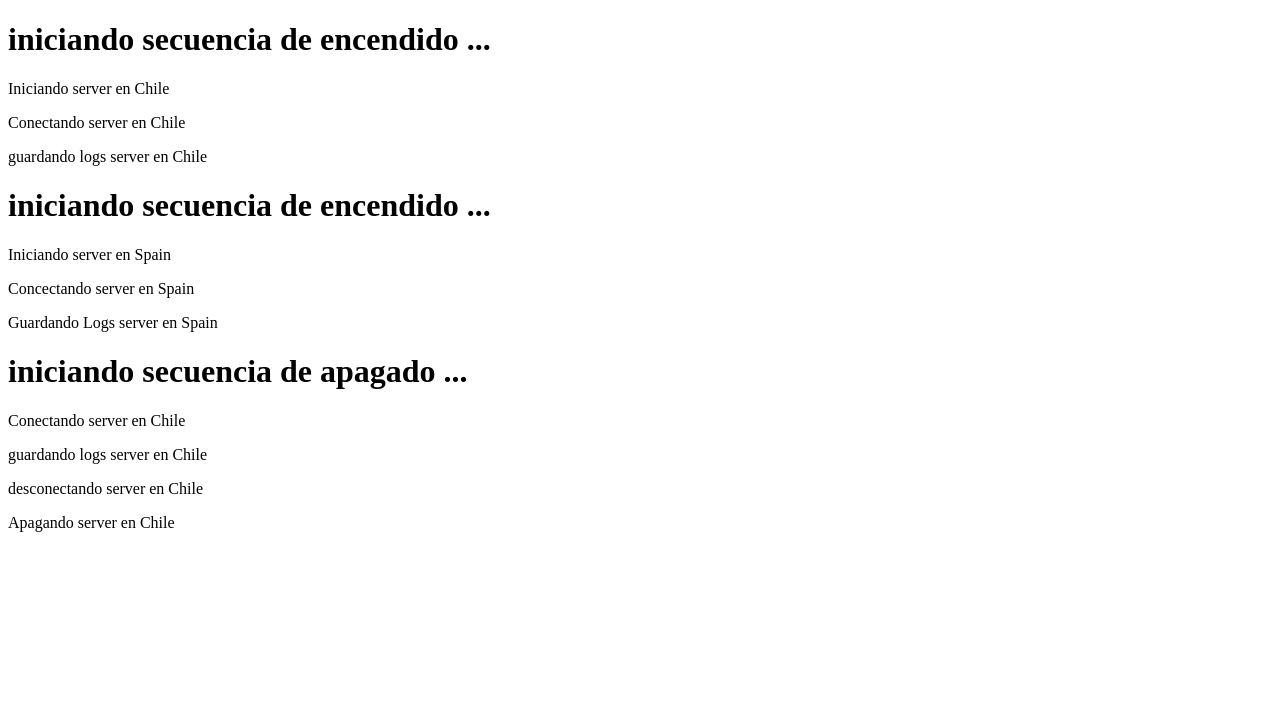
Repository: weertop/2DAW
Page: http://localhost/2patrones/commandPrueba.jsp
The author's editor kept a copy of each file at every save. The page is drawn from the files as they stood at one save, then again after the next save.
The browser window is 1280 px wide. The pictures show the whole page.
The page is served by Tomcat 9. Other server files are loaded and not shown.

Above is the page before, as saved 2019-12-04 10:50:57.

### DWServidor/eclipse-workspace-photom/2patrones/WebContent/commandPrueba.jsp
<%@ page language="java" contentType="text/html; charset=UTF-8"
    pageEncoding="UTF-8"%>
<%@ page import="command.*" %>
<!DOCTYPE html>
<html>
<head>
<meta charset="UTF-8">
<title>Insert title here</title>
</head>
<body>
<%
	Command comando1 = null;
	Command comando2 = null;

	comando1 = new ArrancarServer(new ChileServer());
	comando2 = new ArrancarServer(new SpainServer());

	out.println(comando1.execute());
	out.println(comando2.execute());

	comando1 = new ApagarServer(new ChileServer());

	out.println(comando1.execute());
%>
</body>
</html>

### DWServidor/eclipse-workspace-photom/2patrones/src/command/IServer.java
package command;

//tener en cuenta que lo que va a devolver es HTML
public interface IServer {
	//comandos que hara el servidor web
	public String apgate();

	public String arrancate();

	public String conectate();

	public String desconectate();

	public String guardarLogs();

}

### DWServidor/eclipse-workspace-photom/2patrones/src/command/Command.java
package command;

public interface Command {

	//esta ejecutara el comando
	public String execute();
}

### DWServidor/eclipse-workspace-photom/2patrones/src/command/ArrancarServer.java
package command;

public class ArrancarServer implements Command{

	private IServer servidor;

	public ArrancarServer(IServer servidor) {
		this.servidor = servidor;
	}

	@Override
	public String execute() {
		String secuencia = "<h1> iniciando secuencia de encendido ...</h1>";
		secuencia+=servidor.arrancate();
		secuencia+=servidor.conectate();
		secuencia+=servidor.guardarLogs();

		return secuencia;
	}

}

### DWServidor/eclipse-workspace-photom/2patrones/src/command/ChileServer.java
package command;

public class ChileServer implements IServer{

	@Override
	public String apgate() {
		// TODO Auto-generated method stub
		return "<p> Apagando server en Chile</p>";
	}

	@Override
	public String arrancate() {
		// TODO Auto-generated method stub
		return "<p> Iniciando server en Chile</p>";
	}

	@Override
	public String conectate() {
		// TODO Auto-generated method stub
		return "<p> Conectando server en Chile</p>";
	}

	@Override
	public String desconectate() {
		// TODO Auto-generated method stub
		return "<p> desconectando server en Chile</p>";
	}

	@Override
	public String guardarLogs() {
		// TODO Auto-generated method stub
		return "<p> guardando logs server en Chile</p>";
	}

}

### DWServidor/eclipse-workspace-photom/2patrones/src/command/SpainServer.java
package command;

public class SpainServer implements IServer{

	@Override
	public String apgate() {
		// TODO Auto-generated method stub
		return "<p> Apagando server en Spain</p>";
	}

	@Override
	public String arrancate() {
		// TODO Auto-generated method stub
		return "<p> Iniciando server en Spain</p>";
	}

	@Override
	public String conectate() {
		// TODO Auto-generated method stub
		return "<p> Concectando server en Spain</p>";
	}

	@Override
	public String desconectate() {
		// TODO Auto-generated method stub
		return "<p> Desconectando server en Spain</p>";
	}

	@Override
	public String guardarLogs() {
		// TODO Auto-generated method stub
		return "<p> Guardando Logs server en Spain</p>";
	}

}

### DWServidor/eclipse-workspace-photom/2patrones/src/command/ApagarServer.java
package command;

public class ApagarServer implements Command{

	private IServer servidor;

	public ApagarServer(IServer servidor) {
		this.servidor = servidor;
	}

	@Override
	public String execute() {
		String secuencia = "<h1> iniciando secuencia de apagado ...</h1>";
		secuencia+=servidor.conectate();
		secuencia+=servidor.guardarLogs();
		secuencia+=servidor.desconectate();
		secuencia+=servidor.apgate();

		return secuencia;
	}

}

### DWServidor/eclipse-workspace-photom/2patrones/src/command/ResetServer.java
package command;

public class ResetServer implements Command{

	private IServer servidor;

	public ResetServer(IServer servidor) {
		this.servidor = servidor;
	}

	@Override
	public String execute() {
		String secuencia = "<h1> iniciando secuencia de reinicio ...</h1>";
		secuencia+=servidor.guardarLogs();
		secuencia+=servidor.desconectate();
		secuencia+=servidor.apgate();
		secuencia+=servidor.arrancate();
		secuencia+=servidor.conectate();

		return secuencia;
	}

}

After the next save:
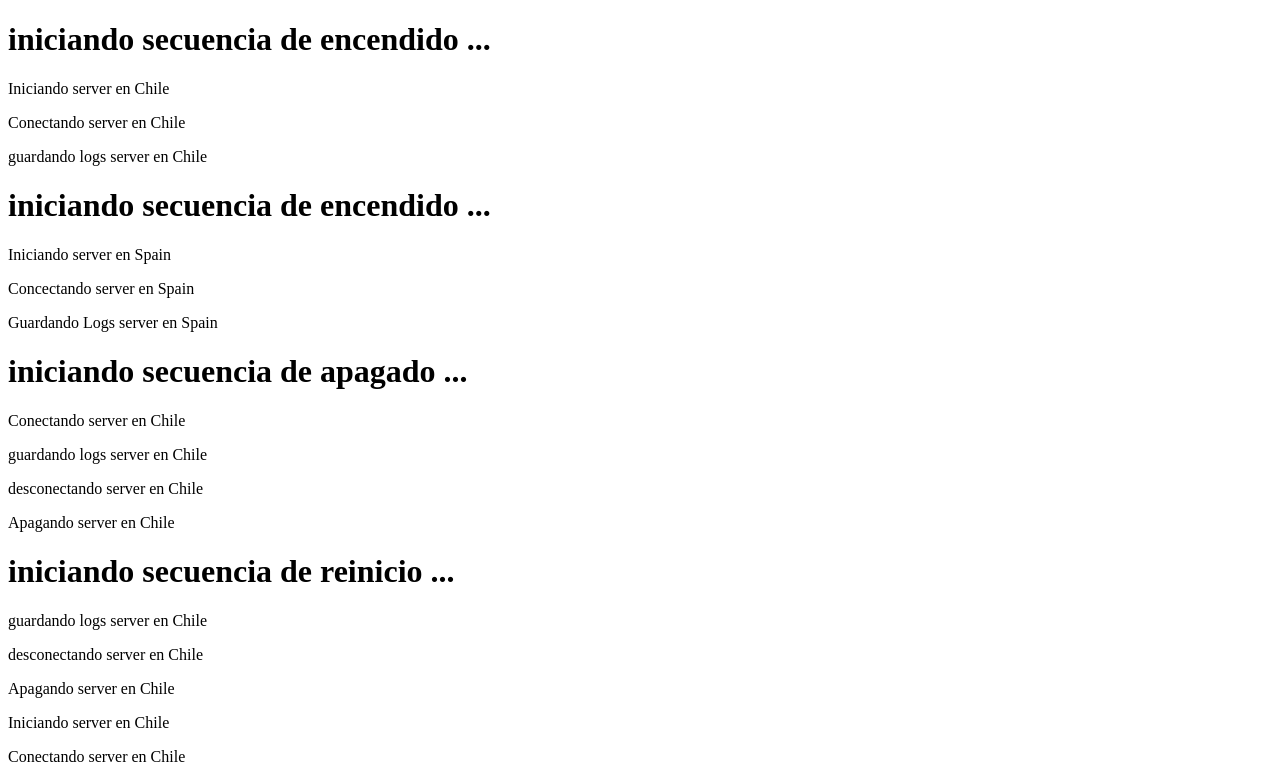
Saved 17 s later.
--- a/DWServidor/eclipse-workspace-photom/2patrones/WebContent/commandPrueba.jsp
+++ b/DWServidor/eclipse-workspace-photom/2patrones/WebContent/commandPrueba.jsp
@@ -21,6 +21,10 @@
 	comando1 = new ApagarServer(new ChileServer());
 
 	out.println(comando1.execute());
+
+	comando1 = new ResetServer(new ChileServer());
+
+	out.println(comando1.execute());
 %>
 </body>
 </html>
